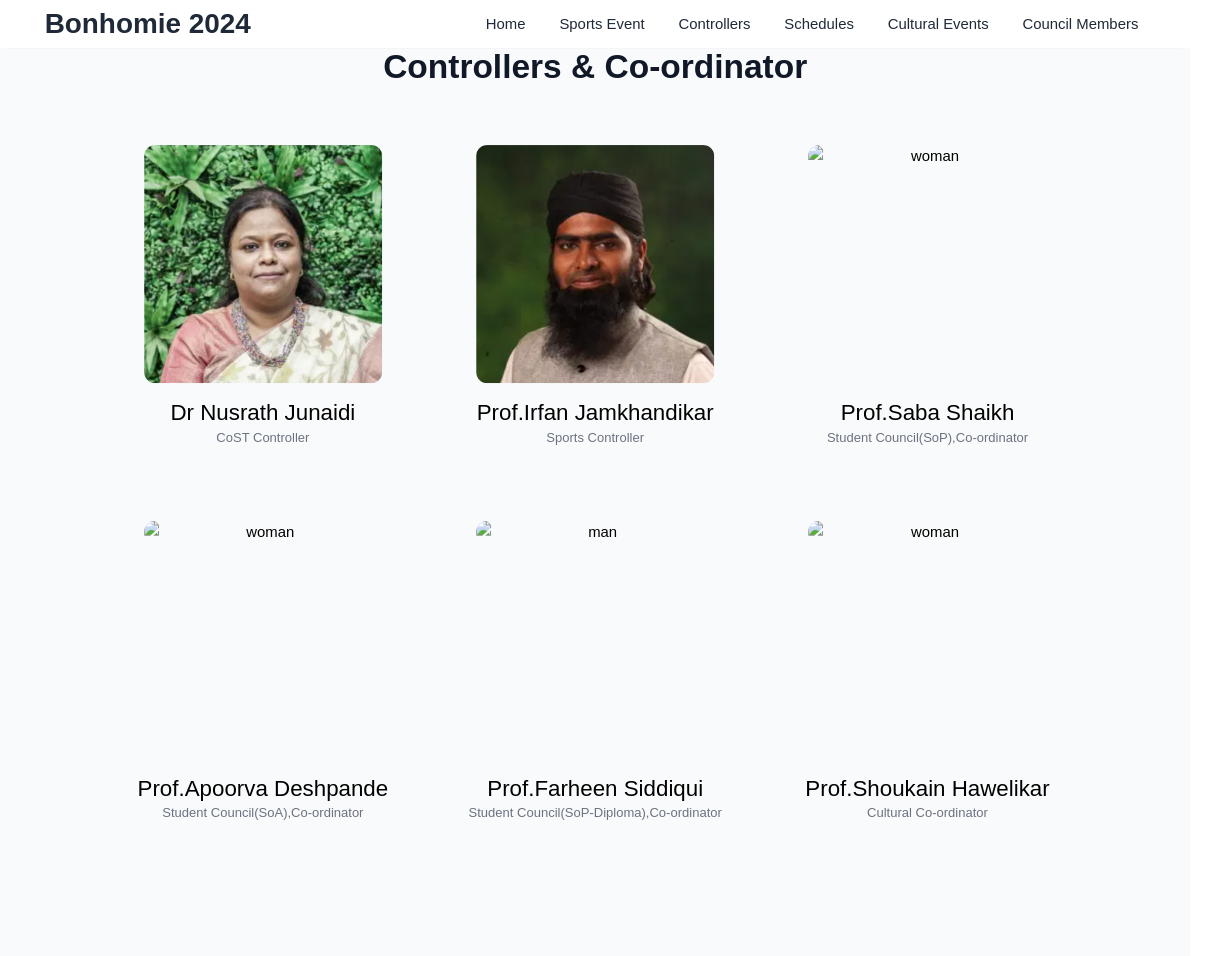
Repository: sshadulla22/Bonhomie2024
Page: Bonhomie 2024/Contr6ollers.html
These files come from the project's save history. The page is drawn as it stood at one moment and after a run of saves; the edit follows.
The browser window is 1280 px wide. The page is 1280 px wide, then 1312 px, then 1280 px, so the pictures cover 1312 px, including what lies to the right of the window. The pictures show the whole page, at 93% of full size.
Some web libraries are served in a nearby version.

Above is the page before, as saved 2024-01-31 17:19:38.

### Bonhomie 2024/Contr6ollers.html

<!DOCTYPE html>
<html lang="en">
<head>
    <meta charset="UTF-8">
    <meta name="viewport" content="width=device-width, initial-scale=1.0">
    <script src="https://cdn.tailwindcss.com"></script>
    <title>Bonhomie 2024 </title>
</head>





    <style>
        body {
            font-family : Urbanist, sans-serif;
            @apply bg-white dark:bg-gray-900
        }

        .navbar-active .hamburger div:first-child {
            @apply rotate-45 translate-y-1.5;
        }
        .navbar-active .hamburger div:last-child {
            @apply -rotate-45 -translate-y-1;
        }
        .navbar-active div:first-child div:first-child div:last-child{
            @apply block lg:flex
        }
    </style>
  </head>

  </body>
  <div class="w-full">
    <nav class="bg-white shadow-lg">
        <div class="md:flex items-center justify-between py-2 px-8 md:px-12">
            <div class="flex justify-between items-center">
               <div class="text-2xl font-bold text-gray-800 md:text-3xl">
                    <a href="#">Bonhomie 2024</a>
               </div>
                <div class="md:hidden">
                    <button type="button" class="block text-gray-800 hover:text-gray-700 focus:text-gray-700 focus:outline-none">
                        <svg class="h-6 w-6 fill-current" viewBox="0 0 24 24">
                            <path class="hidden" d="M16.24 14.83a1 1 0 0 1-1.41 1.41L12 13.41l-2.83 2.83a1 1 0 0 1-1.41-1.41L10.59 12 7.76 9.17a1 1 0 0 1 1.41-1.41L12 10.59l2.83-2.83a1 1 0 0 1 1.41 1.41L13.41 12l2.83 2.83z"/>
                            <path d="M4 5h16a1 1 0 0 1 0 2H4a1 1 0 1 1 0-2zm0 6h16a1 1 0 0 1 0 2H4a1 1 0 0 1 0-2zm0 6h16a1 1 0 0 1 0 2H4a1 1 0 0 1 0-2z"/>
                        </svg>
                    </button>
                </div>
            </div>
            <div class="flex flex-col md:flex-row hidden md:block -mx-2">
                <a href="/index.html" class="text-gray-800 rounded hover:bg-blue-500 hover:text-gray-100 hover:font-medium py-2 px-2 md:mx-2">Home</a>
                <a href="/EventsSports.html" class="text-gray-800 rounded hover:bg-blue-500  hover:text-gray-100 hover:font-medium py-2 px-2 md:mx-2">Sports Event</a>
                <a href="/Contr6ollers.html" class="text-gray-800 rounded hover:bg-blue-500  hover:text-gray-100 hover:font-medium py-2 px-2 md:mx-2">Controllers</a>
                <a href="/EventsSports.html" class="text-gray-800 rounded hover:bg-blue-500  hover:text-gray-100 hover:font-medium py-2 px-2 md:mx-2">Schedules</a>
                <a href="/EventsClutural.html" class="text-gray-800 rounded hover:bg-blue-500  hover:text-gray-100 hover:font-medium py-2 px-2 md:mx-2">Cultural Events</a>
                <a href="/Council Members.html" class="text-gray-800 rounded hover:bg-blue-500  hover:text-gray-100 hover:font-medium py-2 px-2 md:mx-2">Council Members</a>
            </div>
        </div>
    </nav>
<!-- component -->
<div class="py-15 bg-gray-50">
    <div class="container mx-auto px-6 md:px-12 xl:px-32">
        <div class="mb-16 text-center">
            <h2 class="mb-4 text-center text-2xl text-gray-900 font-bold md:text-4xl">Controllers & Co-ordinator</h2>
        </div>
        <div class="grid gap-12 items-center md:grid-cols-3">
            <div class="space-y-4 text-center">
                <img class="w-64 h-64 mx-auto object-cover rounded-xl md:w-40 md:h-40 lg:w-64 lg:h-64"
                    src="./images/nusrat maam.png" alt="woman" loading="lazy" width="640" height="805">
                <div>
                    <h4 class="text-2xl">Dr Nusrath Junaidi</h4>
                    <span class="block text-sm text-gray-500">CoST Controller</span>
                </div>
            </div>
            <div class="space-y-4 text-center">
                <img class="w-64 h-64 mx-auto object-cover rounded-xl md:w-48 md:h-64 lg:w-64 lg:h-64"
                    src="./images/irfan sir.png" alt="man" loading="lazy" width="1000" height="667">
                <div>
                    <h4 class="text-2xl">
                        Prof.Irfan Jamkhandikar</h4>
                    <span class="block text-sm text-gray-500">Sports Controller</span>
                </div>
            </div>
            <div class="space-y-4 text-center">
                <img class="w-64 h-64 mx-auto object-cover rounded-xl md:w-40 md:h-40 lg:w-64 lg:h-64"
                    src="" alt="woman" loading="lazy" width="1000" height="667">
                <div>
                    <h4 class="text-2xl">Prof.Saba Shaikh</h4>
                    <span class="block text-sm text-gray-500">Student Council(SoP),Co-ordinator</span>
                </div>
            </div>
        </div>
    </div>
    <!-- component -->
<div class="py-20 bg-gray-50">
    <div class="container mx-auto px-6 md:px-12 xl:px-32">
        <div class="mb-16 text-center">
        <div class="grid gap-12 items-center md:grid-cols-3">
            <div class="space-y-4 text-center">
                <img class="w-64 h-64 mx-auto object-cover rounded-xl md:w-40 md:h-40 lg:w-64 lg:h-64"
                    src="" alt="woman" loading="lazy" width="640" height="805">
                <div>
                    <h4 class="text-2xl">Prof.Apoorva Deshpande</h4>
                    <span class="block text-sm text-gray-500">Student Council(SoA),Co-ordinator</span>
                </div>
            </div>
            <div class="space-y-4 text-center">
                <img class="w-64 h-64 mx-auto object-cover rounded-xl md:w-48 md:h-64 lg:w-64 lg:h-64"
                    src="" alt="man" loading="lazy" width="1000" height="667">
                <div>
                    <h4 class="text-2xl">Prof.Farheen Siddiqui</h4>
                    <span class="block text-sm text-gray-500">Student Council(SoP-Diploma),Co-ordinator</span>
                </div>
            </div>
            <div class="space-y-4 text-center">
                <img class="w-64 h-64 mx-auto object-cover rounded-xl md:w-40 md:h-40 lg:w-64 lg:h-64"
                    src="" alt="woman" loading="lazy" width="1000" height="667">
                <div>
                    <h4 class="text-2xl">Prof.Shoukain Hawelikar</h4>
                    <span class="block text-sm text-gray-500">Cultural Co-ordinator</span>
                </div>
            </div>
        </div>
    </div>
</div>
</div>

</body>
</html>

After the next 2 saves:
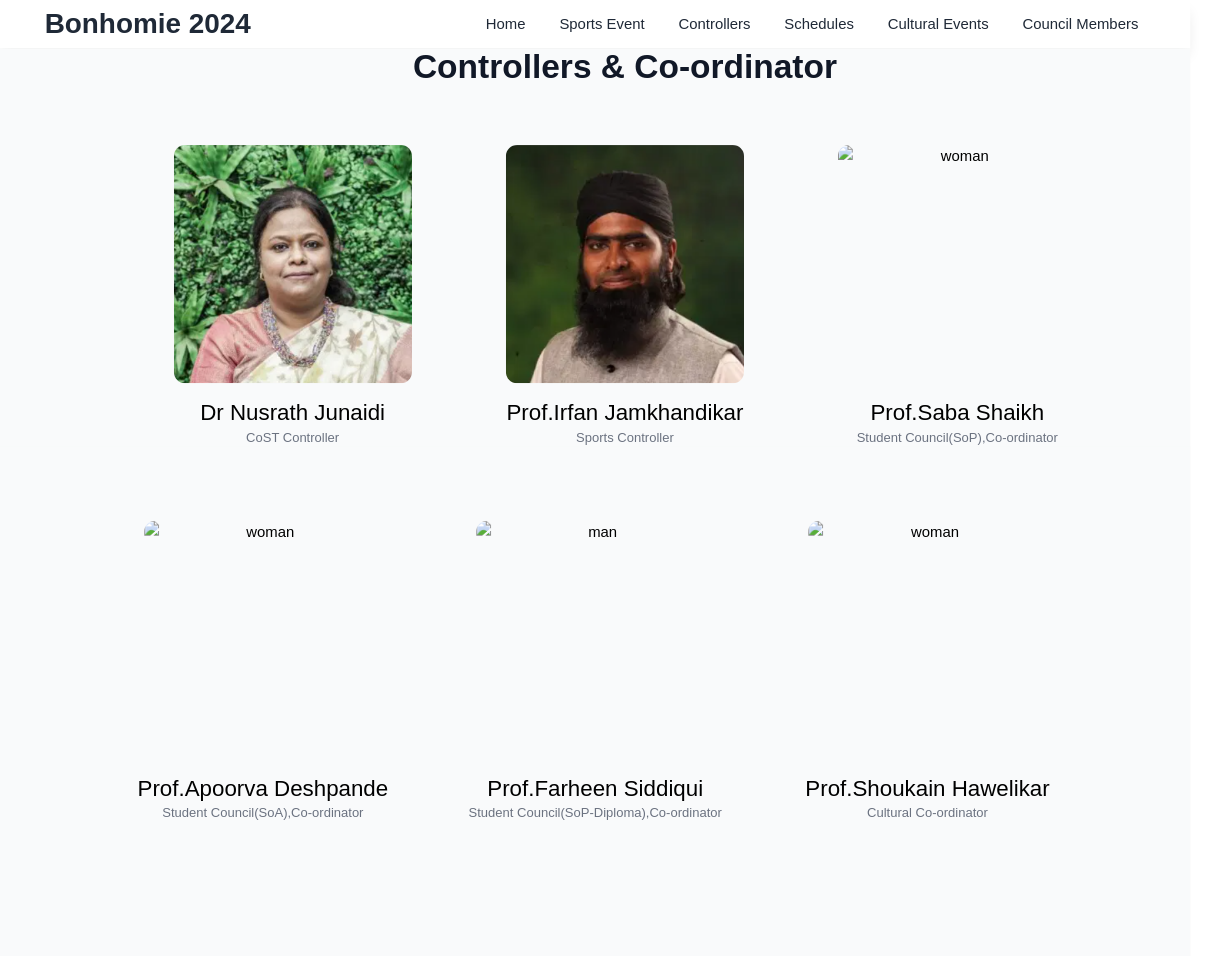
The 2 saves are shown as one change because they came seconds apart.
The last was saved 88 s later.
--- a/Bonhomie 2024/Contr6ollers.html
+++ b/Bonhomie 2024/Contr6ollers.html
@@ -59,7 +59,7 @@
     </nav>
 <!-- component -->
 <div class="py-15 bg-gray-50">
-    <div class="container mx-auto px-6 md:px-12 xl:px-32">
+    <div class="container mx-8 px-6 md:px-12 xl:px-32">
         <div class="mb-16 text-center">
             <h2 class="mb-4 text-center text-2xl text-gray-900 font-bold md:text-4xl">Controllers & Co-ordinator</h2>
         </div>

After the 2 saves that followed:
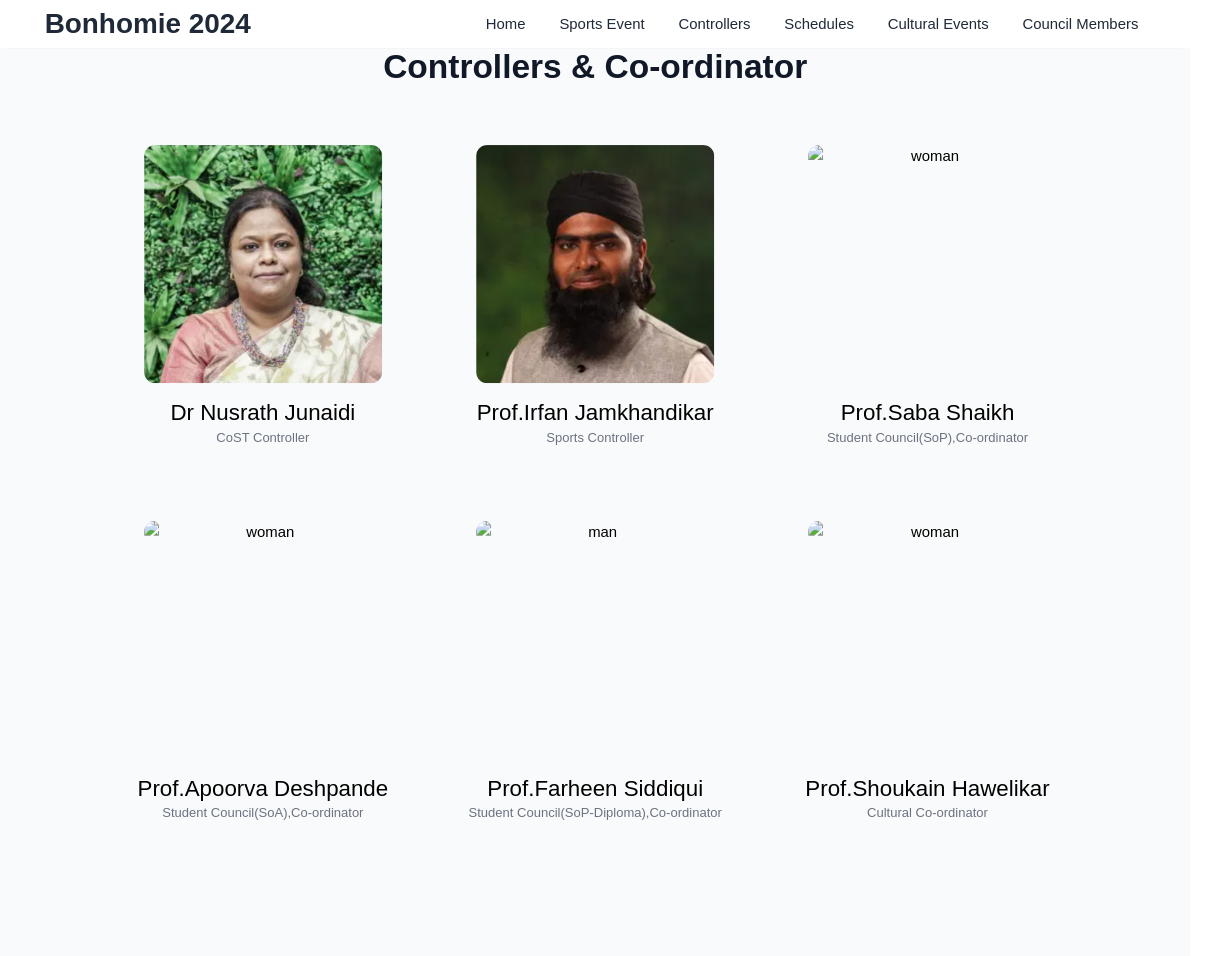
The 2 saves are shown as one change because they came seconds apart.
The last was saved 11 s later.
--- a/Bonhomie 2024/Contr6ollers.html
+++ b/Bonhomie 2024/Contr6ollers.html
@@ -59,7 +59,7 @@
     </nav>
 <!-- component -->
 <div class="py-15 bg-gray-50">
-    <div class="container mx-8 px-6 md:px-12 xl:px-32">
+    <div class="container mx-auto px-6 md:px-12 xl:px-32">
         <div class="mb-16 text-center">
             <h2 class="mb-4 text-center text-2xl text-gray-900 font-bold md:text-4xl">Controllers & Co-ordinator</h2>
         </div>
